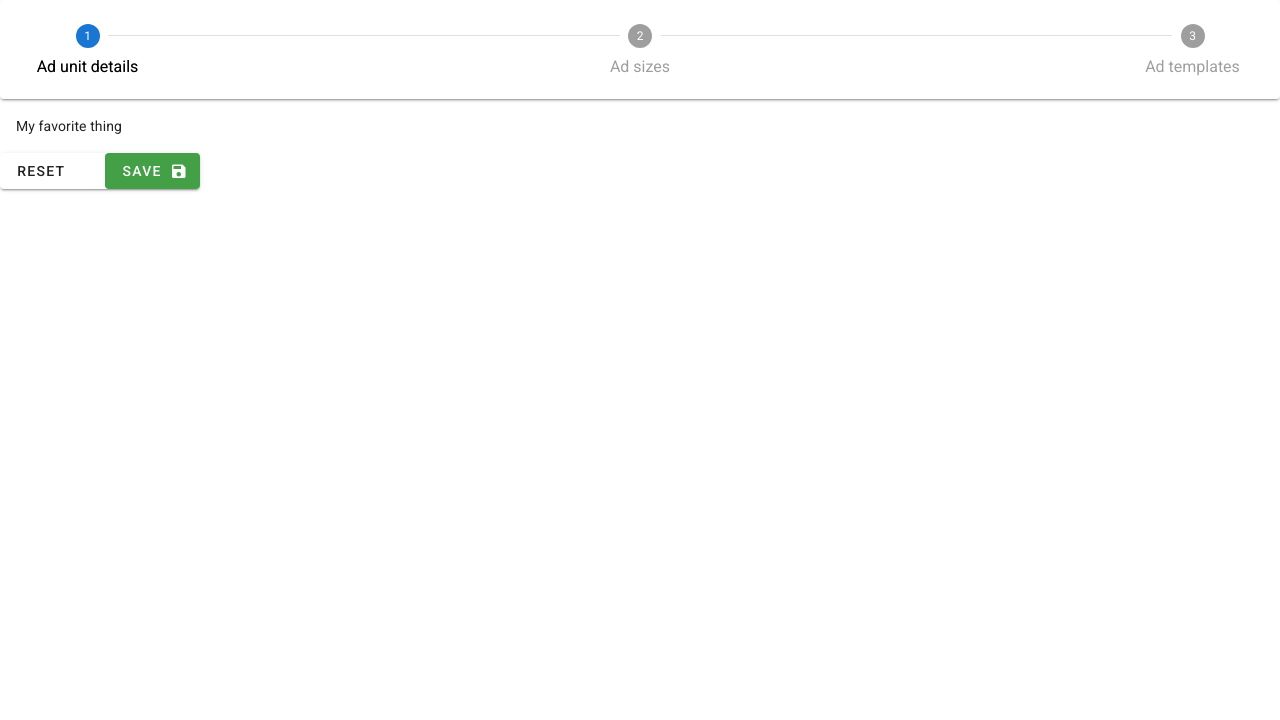
Repository: SidneyHodieb/myc
Page: /addsource
The author's editor kept a copy of each file at every save. The page is drawn from the files as they stood at one save, then again after the next save.
The browser window is 1280 px wide. The pictures show the whole page.
The project was rebuilt for these pictures with package versions that can differ from the ones it lists, and the page was loaded fresh each time. Also part of the build but not shown: vue.config.js, src/views/Home.vue, src/views/addSource/components/format.vue, src/views/addSource/components/card.vue, src/views/addSource/components/trigger.vue.

Above is the page before, as saved 2021-04-03 19:15:48.

### src/App.vue
<template>
  <v-app>
    <v-main>
      <router-view></router-view>
    </v-main>
  </v-app>
</template>

<script>

export default {
  name: 'App',
  data: () => ({
    //
  }),
};
</script>

### src/router/index.js
import Vue from 'vue'
import VueRouter from 'vue-router'
import Home from '../views/Home.vue'
import addSource from '../views/addSource/column'
import format from '../views/addSource/components/format'
import card from '../views/addSource/components/card'
import trigger from '../views/addSource/components/trigger'

Vue.use(VueRouter)

const routes = [
  {
    path: '/',
    name: 'Home',
    component: Home
  },
  {
    path: '/addsource',
    name: 'addSource',
    component: addSource,
    children: [
      {
        path: 'format',
        component: format
      },
      {
        path: 'card',
        component: card
      },
      {
        path: 'trigger',
        component: trigger
      }
    ]
  },
  {
    path: '/about',
    name: 'About',
    // route level code-splitting
    // this generates a separate chunk (about.[hash].js) for this route
    // which is lazy-loaded when the route is visited.
    component: function () {
      return import(/* webpackChunkName: "about" */ '../views/About.vue')
    }
  }
]

const router = new VueRouter({
  mode: 'history',
  base: process.env.BASE_URL,
  routes
})

export default router

### src/views/addSource/column.vue
<template>
  <div>
    <!-- Header -->
      <v-stepper alt-labels>
          <v-stepper-header>
            <v-stepper-step step="1">
              Ad unit details
            </v-stepper-step>

            <v-divider></v-divider>

            <v-stepper-step step="2">
              Ad sizes
            </v-stepper-step>

            <v-divider></v-divider>

            <v-stepper-step step="3">
              Ad templates
            </v-stepper-step>
          </v-stepper-header>
        </v-stepper>

        <!-- Content -->
        <v-card-text>My favorite thing</v-card-text>
        <router-view></router-view>
        <!--Footer  -->


      <!-- <v-row class="">
        <v-col>
          <v-btn
      rounded
      outlined
      color="indigo"
    >
     <v-icon left>
        mdi-arrow-left
      </v-icon>
      Précedent
    </v-btn>
        </v-col>
        <v-col>
          <v-btn
      rounded
      color="primary"
      dark
    >
      Suivant
    </v-btn>
        </v-col>
      </v-row> -->

<v-card style="position:fixed; bottom:0.2">

    <v-row>
       <v-col >
      <v-btn
        text
        @click="tree = []"
      >
        Reset
      </v-btn>
       </v-col>
    <!--   <v-spacer></v-spacer> -->
  <v-col >
      <v-btn
        class="white--text"
        color="green darken-1"
        depressed
      >
        Save
        <v-icon right>
          mdi-content-save
        </v-icon>
      </v-btn>
      </v-col>
      </v-row>
    </v-card>
   <!--  <v-sheet
      id="scroll-threshold-example"
      class="overflow-y-auto pb-16"
      max-height="600"
    >
      <v-responsive height="1500"></v-responsive>
    </v-sheet> -->
  </div>
</template>

<script>
export default {

}
</script>

<style>

</style>

Loaded but not shown: public/index.html (common file); src/main.js (common file); src/store/index.js (common file); src/plugins/vuetify.js (common file)

After the next save:
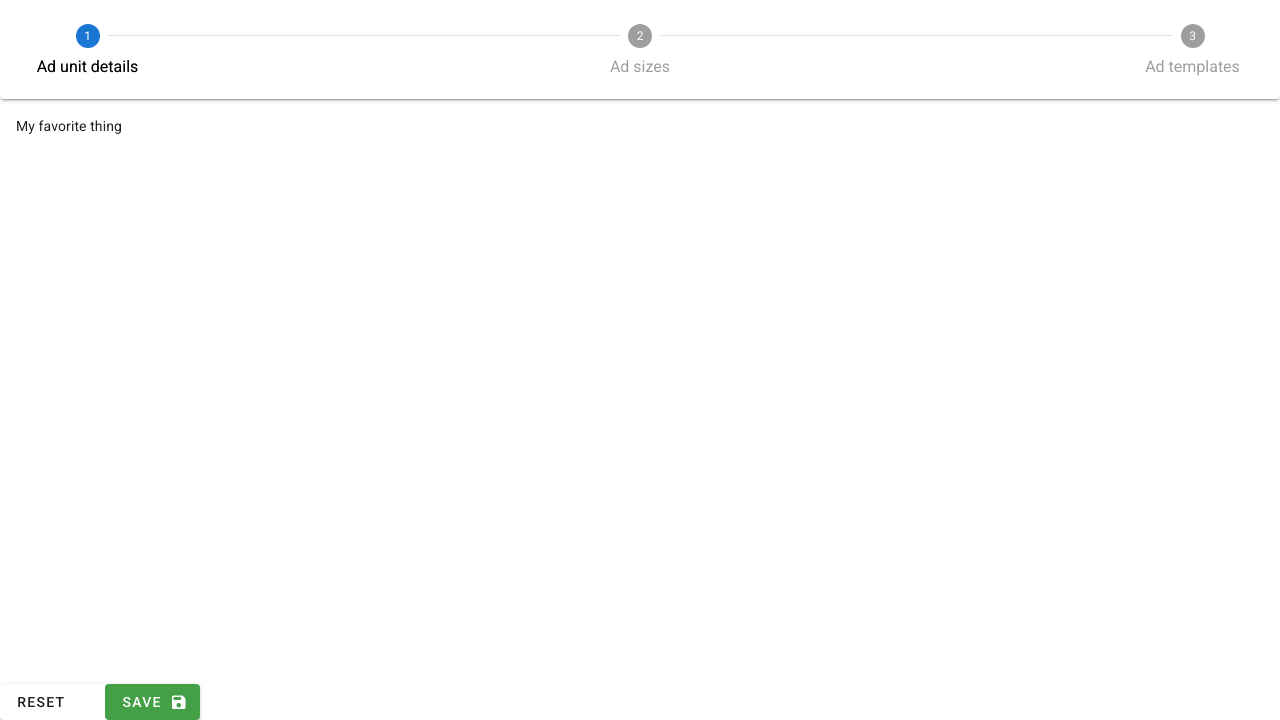
Saved 4 s later.
--- a/src/views/addSource/column.vue
+++ b/src/views/addSource/column.vue
@@ -51,7 +51,7 @@
         </v-col>
       </v-row> -->
 
-<v-card style="position:fixed; bottom:0.2">
+<v-card style="position:fixed; bottom:0">
 
     <v-row>
        <v-col >
